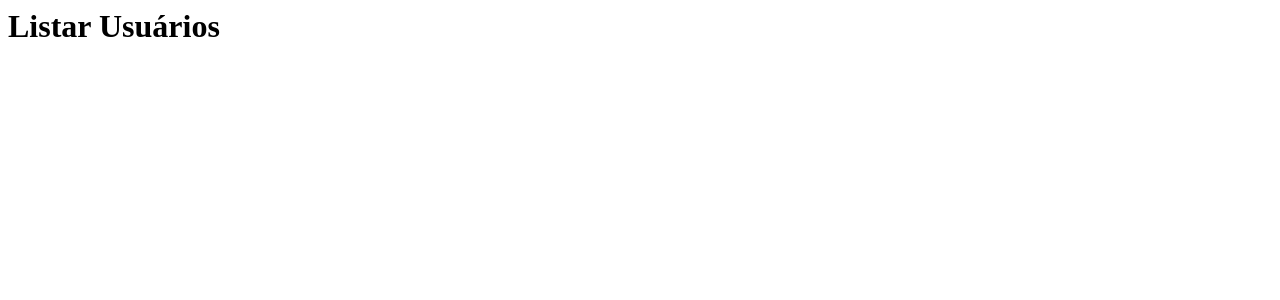
Repository: stefanosousaa/crud-php
Page: http://localhost/listar-usuario.php
An editor plug-in stored every save of this project. The page is shown before and after the next save, followed by the edit.
The browser window is 1280 px wide. The pictures show the whole page.
The page is run by PHP 8.4 with error messages shown; the project is at /var/www/html/.

Above is the page before, as saved 2023-05-24 22:28:14.

### listar-usuario.php
<h1>Listar Usuários</h1>

After the next save:
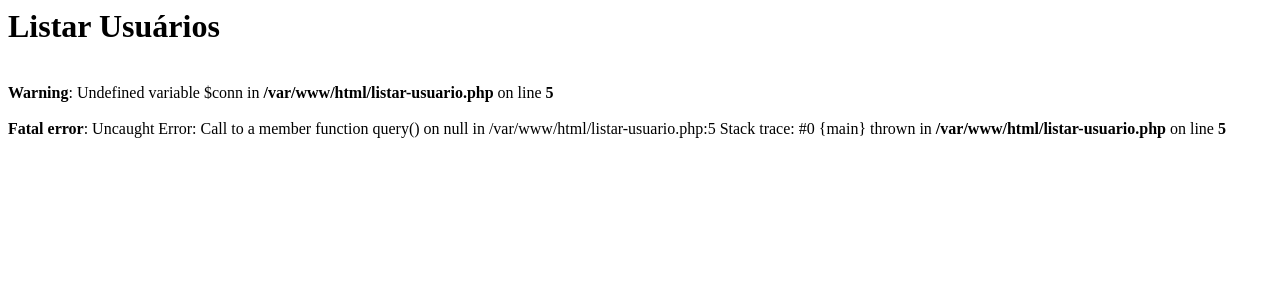
Saved 10 min 4 s later.
--- a/listar-usuario.php
+++ b/listar-usuario.php
@@ -1 +1,20 @@
 <h1>Listar Usuários</h1>
+<?php
+
+$sql = "SELECT * FROM usuarios";
+$res = $conn->query($sql);
+$qtd = $res->num_rows;
+
+if ($qtd > 0) {
+    while ($row = $res->fetch_object()) {
+        print $row->id;
+        print $row->nome;
+        print $row->email;
+        print $row->data_nasc;
+    }
+
+}else{
+    print "<p class= 'alert alert-danger'>Não encontrou resultados!</p>";
+}
+
+?>
